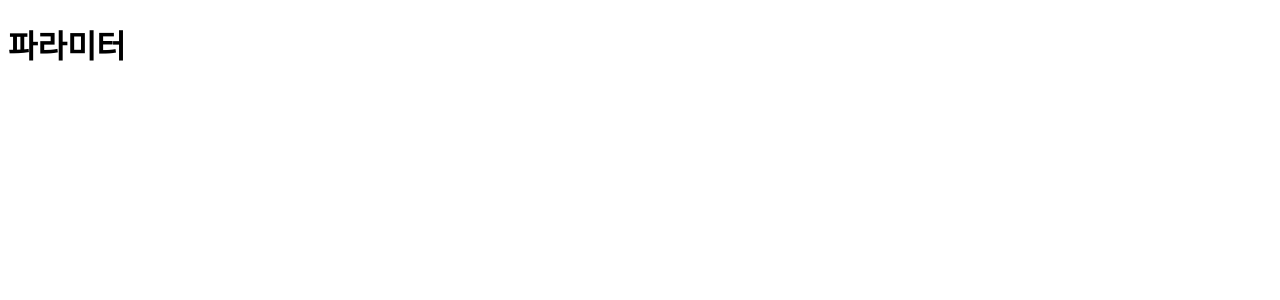
Repository: noopzzya/study_jsp_globalin
Page: ServletProject/src/main/webapp/loginform.html
The author's editor kept a copy of each file at every save. The page is drawn from the files as they stood at one save, then again after the next save.
The browser window is 1280 px wide. The pictures show the whole page.

Above is the page before, as saved 2023-01-26 02:20:20.

### ServletProject/src/main/webapp/loginform.html
<!DOCTYPE html>
<html>
<head>
<meta charset="utf-8">
<title>파라미터</title>
</head>
<body>
<h1>파라미터</h1>
<form action="Login" method="get">

</form>

</body>
</html>

After the next save:
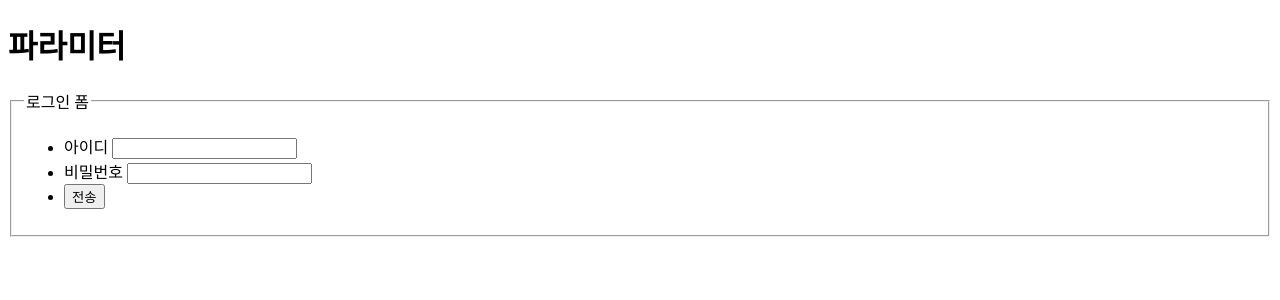
Saved 3 min 15 s later.
--- a/ServletProject/src/main/webapp/loginform.html
+++ b/ServletProject/src/main/webapp/loginform.html
@@ -7,7 +7,24 @@
 <body>
 <h1>파라미터</h1>
 <form action="Login" method="get">
+	<fieldset>
+	<legend>로그인 폼</legend>
+		<ul>
+			<li>
+				<label for="userid">아이디</label>
+				<input type="text" name="userid">
+			</li>
 
+			<li>
+				<label for="passwd">비밀번호</label>
+				<input type="password" name="passwd">
+			</li>
+
+			<li>
+				<input type="submit" value="전송">
+			</li>
+		</ul>
+	</fieldset>
 </form>
 
 </body>
